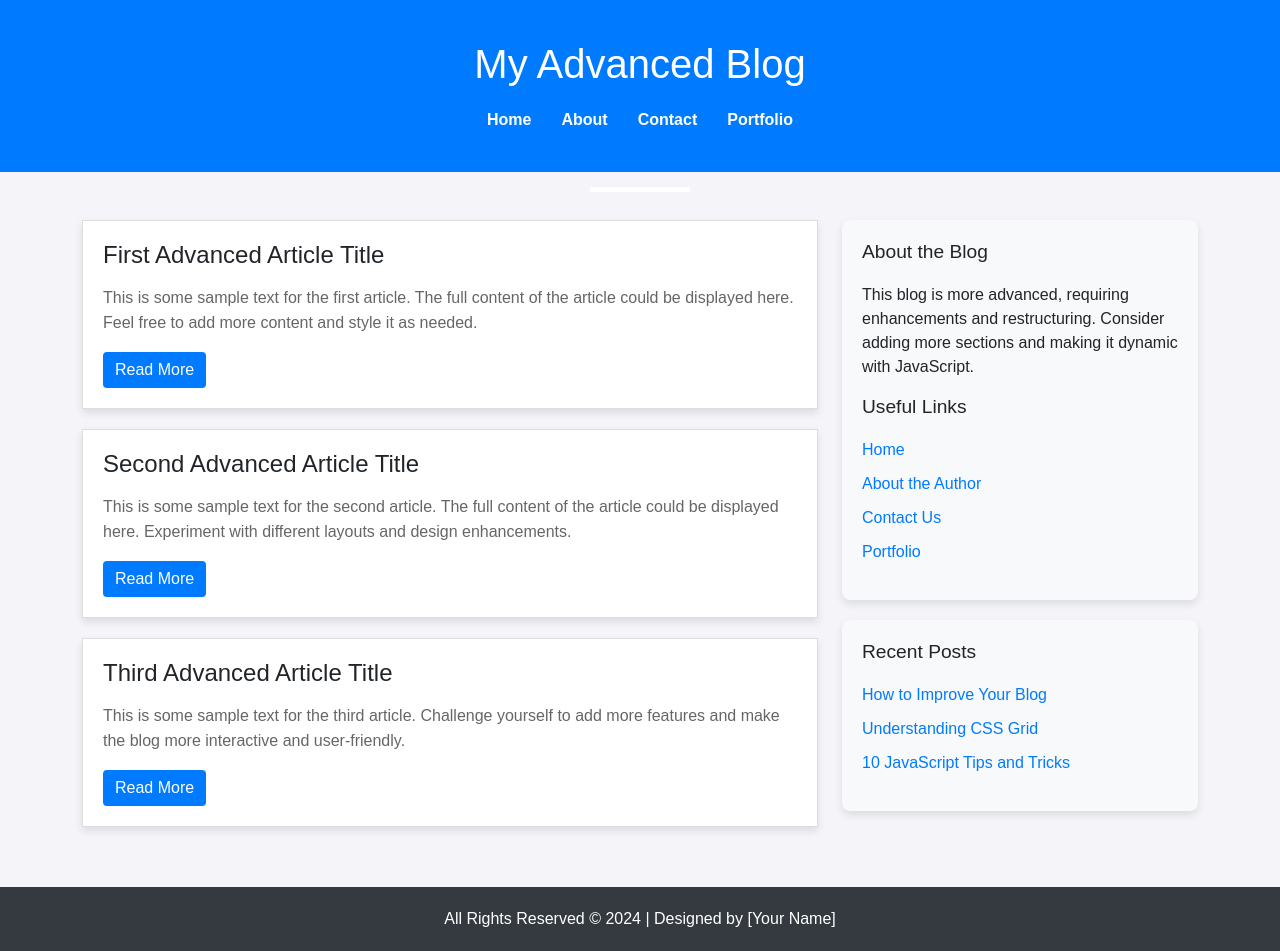
Repository: zeinawady/Blog-Code-Refactoring
Page: index.html
The author's editor kept a copy of each file at every save. The page is drawn from the files as they stood at one save, then again after a run of saves.
The browser window is 1280 px wide. The pictures show the whole page.

Above is the page before, as saved 2024-09-23 13:47:15.

### index.html
<!DOCTYPE html>
<html lang="en">
  <head>
    <meta charset="UTF-8" />
    <meta name="viewport" content="width=device-width, initial-scale=1.0" />
    <title>My Advanced Blog</title>
    <link
      href="https://cdn.jsdelivr.net/npm/bootstrap@5.1.3/dist/css/bootstrap.min.css"
      rel="stylesheet"
    />
    <style>
      body {
        font-family: Arial, sans-serif;
        background-color: #f4f4f9;
      }
      .header {
        background-color: #007bff;
        color: white;
        padding: 40px 0;
        text-align: center;
        position: relative;
      }
      .header::after {
        content: "";
        position: absolute;
        bottom: -20px;
        left: 50%;
        transform: translateX(-50%);
        width: 100px;
        height: 5px;
        background-color: white;
      }
      .nav-links {
        display: flex;
        justify-content: center;
        margin-top: 20px;
      }
      .nav-links a {
        color: white;
        margin: 0 15px;
        text-decoration: none;
        font-weight: bold;
      }
      .nav-links a:hover {
        text-decoration: underline;
      }
      .post {
        border: 1px solid #ddd;
        margin-bottom: 20px;
        padding: 20px;
        background-color: white;
        box-shadow: 0 4px 8px rgba(0, 0, 0, 0.1);
        transition: transform 0.3s ease, box-shadow 0.3s ease;
      }
      .post:hover {
        transform: translateY(-5px);
        box-shadow: 0 8px 16px rgba(0, 0, 0, 0.2);
      }
      .post h2 {
        font-size: 1.5rem;
        margin-bottom: 15px;
      }
      .post p {
        color: #666;
        line-height: 1.6;
      }
      .post .btn-primary {
        background-color: #007bff;
        border: none;
      }
      .post .btn-primary:hover {
        background-color: #0056b3;
      }
      .sidebar {
        background-color: #f8f9fa;
        padding: 20px;
        border-radius: 8px;
        box-shadow: 0 4px 8px rgba(0, 0, 0, 0.1);
        margin-bottom: 20px;
      }
      .sidebar h3 {
        margin-bottom: 20px;
        font-size: 1.2rem;
      }
      .sidebar ul {
        list-style-type: none;
        padding-left: 0;
      }
      .sidebar ul li {
        margin-bottom: 10px;
      }
      .sidebar ul li a {
        color: #007bff;
        text-decoration: none;
      }
      .sidebar ul li a:hover {
        text-decoration: underline;
      }
      .footer {
        background-color: #343a40;
        color: white;
        text-align: center;
        padding: 20px;
        margin-top: 40px;
      }
      .footer p {
        margin: 0;
      }
    </style>
  </head>
  <body>
    <div class="header">
      <h1>My Advanced Blog</h1>
      <div class="nav-links">
        <a href="#">Home</a>
        <a href="#">About</a>
        <a href="#">Contact</a>
        <a href="#">Portfolio</a>
      </div>
    </div>

    <div class="container mt-5">
      <div class="row">
        <div class="col-md-8">
          <div class="post">
            <h2>First Advanced Article Title</h2>
            <p>
              This is some sample text for the first article. The full content
              of the article could be displayed here. Feel free to add more
              content and style it as needed.
            </p>
            <button class="btn btn-primary">Read More</button>
          </div>
          <div class="post">
            <h2>Second Advanced Article Title</h2>
            <p>
              This is some sample text for the second article. The full content
              of the article could be displayed here. Experiment with different
              layouts and design enhancements.
            </p>
            <button class="btn btn-primary">Read More</button>
          </div>
          <div class="post">
            <h2>Third Advanced Article Title</h2>
            <p>
              This is some sample text for the third article. Challenge yourself
              to add more features and make the blog more interactive and
              user-friendly.
            </p>
            <button class="btn btn-primary">Read More</button>
          </div>
        </div>
        <div class="col-md-4">
          <div class="sidebar">
            <h3>About the Blog</h3>
            <p>
              This blog is more advanced, requiring enhancements and
              restructuring. Consider adding more sections and making it dynamic
              with JavaScript.
            </p>
            <h3>Useful Links</h3>
            <ul>
              <li><a href="#">Home</a></li>
              <li><a href="#">About the Author</a></li>
              <li><a href="#">Contact Us</a></li>
              <li><a href="#">Portfolio</a></li>
            </ul>
          </div>
          <div class="sidebar">
            <h3>Recent Posts</h3>
            <ul>
              <li><a href="#">How to Improve Your Blog</a></li>
              <li><a href="#">Understanding CSS Grid</a></li>
              <li><a href="#">10 JavaScript Tips and Tricks</a></li>
            </ul>
          </div>
        </div>
      </div>
    </div>

    <div class="footer">
      <p>All Rights Reserved © 2024 | Designed by [Your Name]</p>
    </div>

    <script src="https://cdn.jsdelivr.net/npm/bootstrap@5.1.3/dist/js/bootstrap.bundle.min.js"></script>
  </body>
</html>

After the next 2 saves:
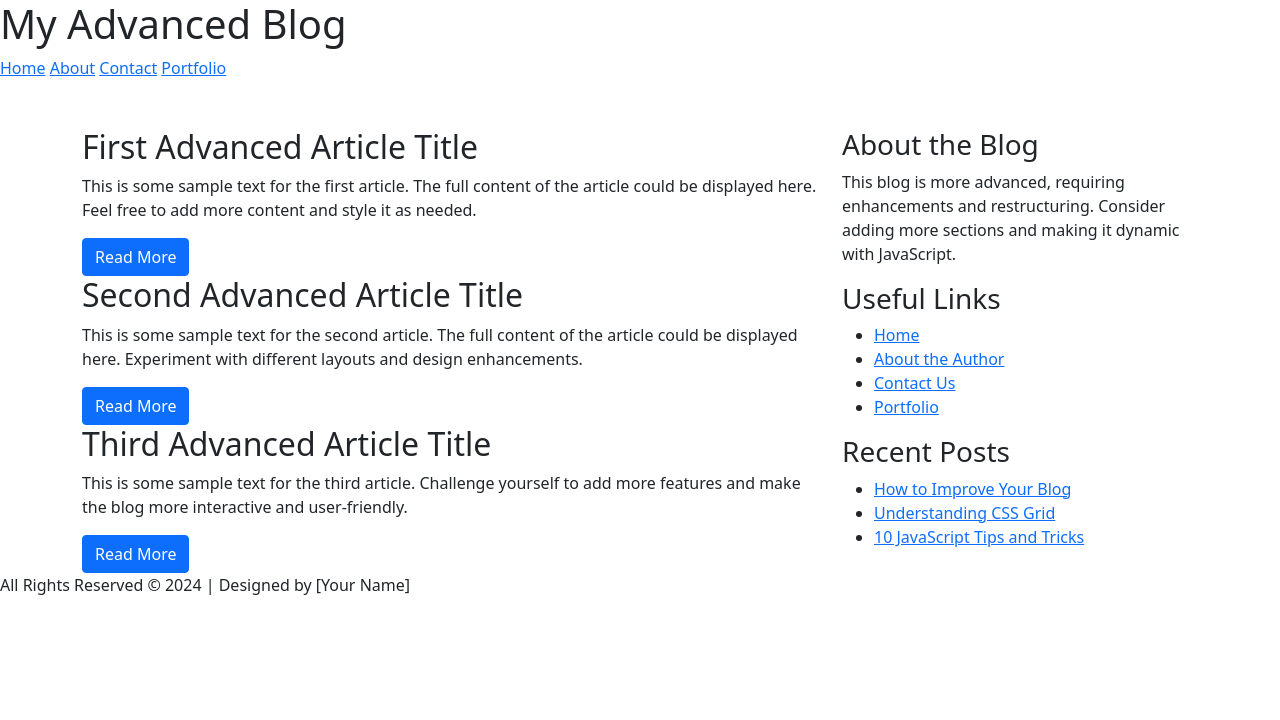
The 2 saves are shown as one change because they came seconds apart.
The last was saved 17 s later.
--- a/index.html
+++ b/index.html
@@ -8,105 +8,7 @@
       href="https://cdn.jsdelivr.net/npm/bootstrap@5.1.3/dist/css/bootstrap.min.css"
       rel="stylesheet"
     />
-    <style>
-      body {
-        font-family: Arial, sans-serif;
-        background-color: #f4f4f9;
-      }
-      .header {
-        background-color: #007bff;
-        color: white;
-        padding: 40px 0;
-        text-align: center;
-        position: relative;
-      }
-      .header::after {
-        content: "";
-        position: absolute;
-        bottom: -20px;
-        left: 50%;
-        transform: translateX(-50%);
-        width: 100px;
-        height: 5px;
-        background-color: white;
-      }
-      .nav-links {
-        display: flex;
-        justify-content: center;
-        margin-top: 20px;
-      }
-      .nav-links a {
-        color: white;
-        margin: 0 15px;
-        text-decoration: none;
-        font-weight: bold;
-      }
-      .nav-links a:hover {
-        text-decoration: underline;
-      }
-      .post {
-        border: 1px solid #ddd;
-        margin-bottom: 20px;
-        padding: 20px;
-        background-color: white;
-        box-shadow: 0 4px 8px rgba(0, 0, 0, 0.1);
-        transition: transform 0.3s ease, box-shadow 0.3s ease;
-      }
-      .post:hover {
-        transform: translateY(-5px);
-        box-shadow: 0 8px 16px rgba(0, 0, 0, 0.2);
-      }
-      .post h2 {
-        font-size: 1.5rem;
-        margin-bottom: 15px;
-      }
-      .post p {
-        color: #666;
-        line-height: 1.6;
-      }
-      .post .btn-primary {
-        background-color: #007bff;
-        border: none;
-      }
-      .post .btn-primary:hover {
-        background-color: #0056b3;
-      }
-      .sidebar {
-        background-color: #f8f9fa;
-        padding: 20px;
-        border-radius: 8px;
-        box-shadow: 0 4px 8px rgba(0, 0, 0, 0.1);
-        margin-bottom: 20px;
-      }
-      .sidebar h3 {
-        margin-bottom: 20px;
-        font-size: 1.2rem;
-      }
-      .sidebar ul {
-        list-style-type: none;
-        padding-left: 0;
-      }
-      .sidebar ul li {
-        margin-bottom: 10px;
-      }
-      .sidebar ul li a {
-        color: #007bff;
-        text-decoration: none;
-      }
-      .sidebar ul li a:hover {
-        text-decoration: underline;
-      }
-      .footer {
-        background-color: #343a40;
-        color: white;
-        text-align: center;
-        padding: 20px;
-        margin-top: 40px;
-      }
-      .footer p {
-        margin: 0;
-      }
-    </style>
+
   </head>
   <body>
     <div class="header">
